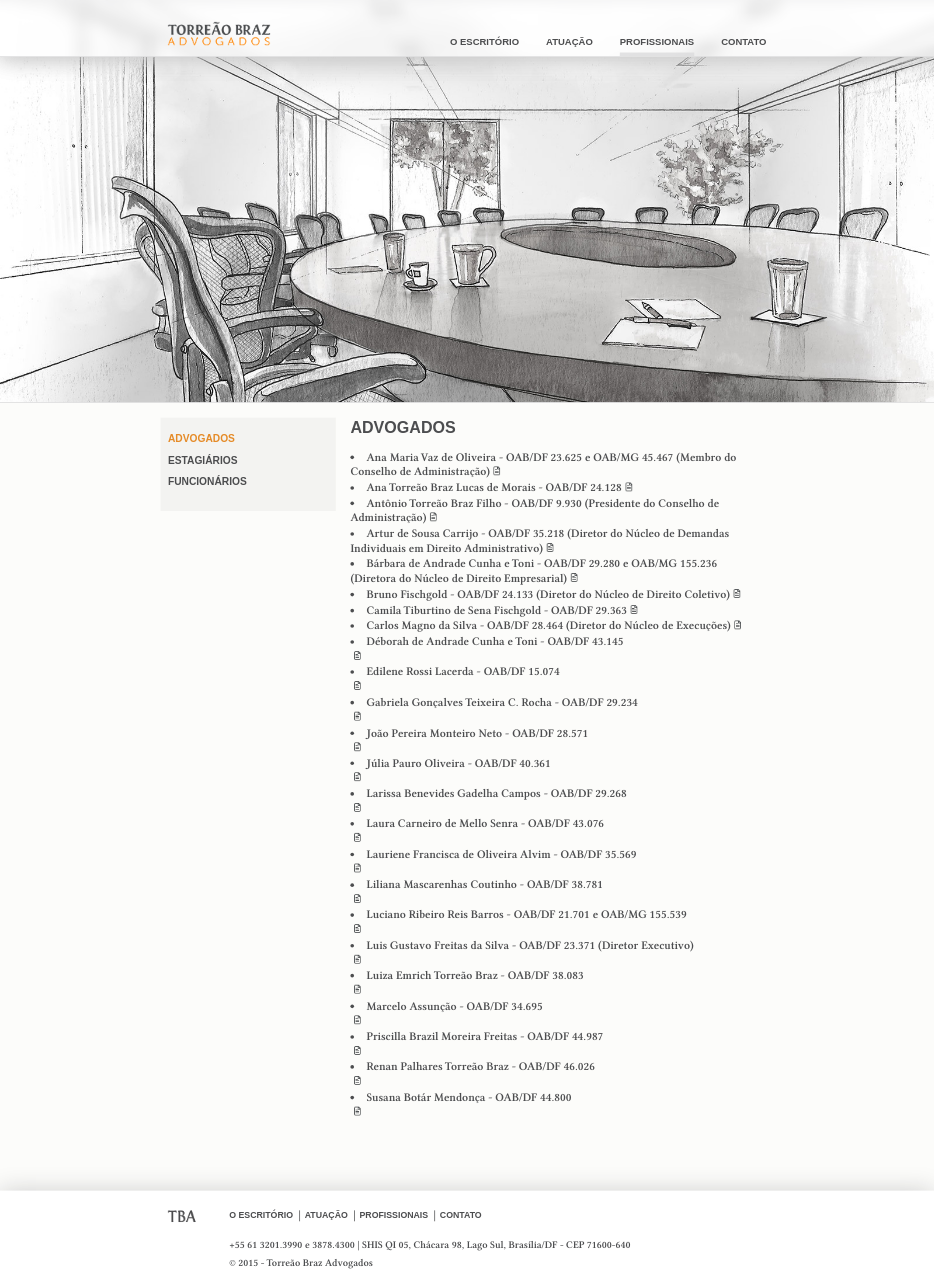
Repository: flira/torreao-braz
Page: dev/profissionais.html
The author's editor kept a record of every edit. The page is drawn from the files as they stood at one moment, then again after the next edit.
The browser window is 1280 px wide. The pictures show the whole page, at 73% of full size.
Some web libraries are served in a nearby version.

Above is the page before.

After the next edit:
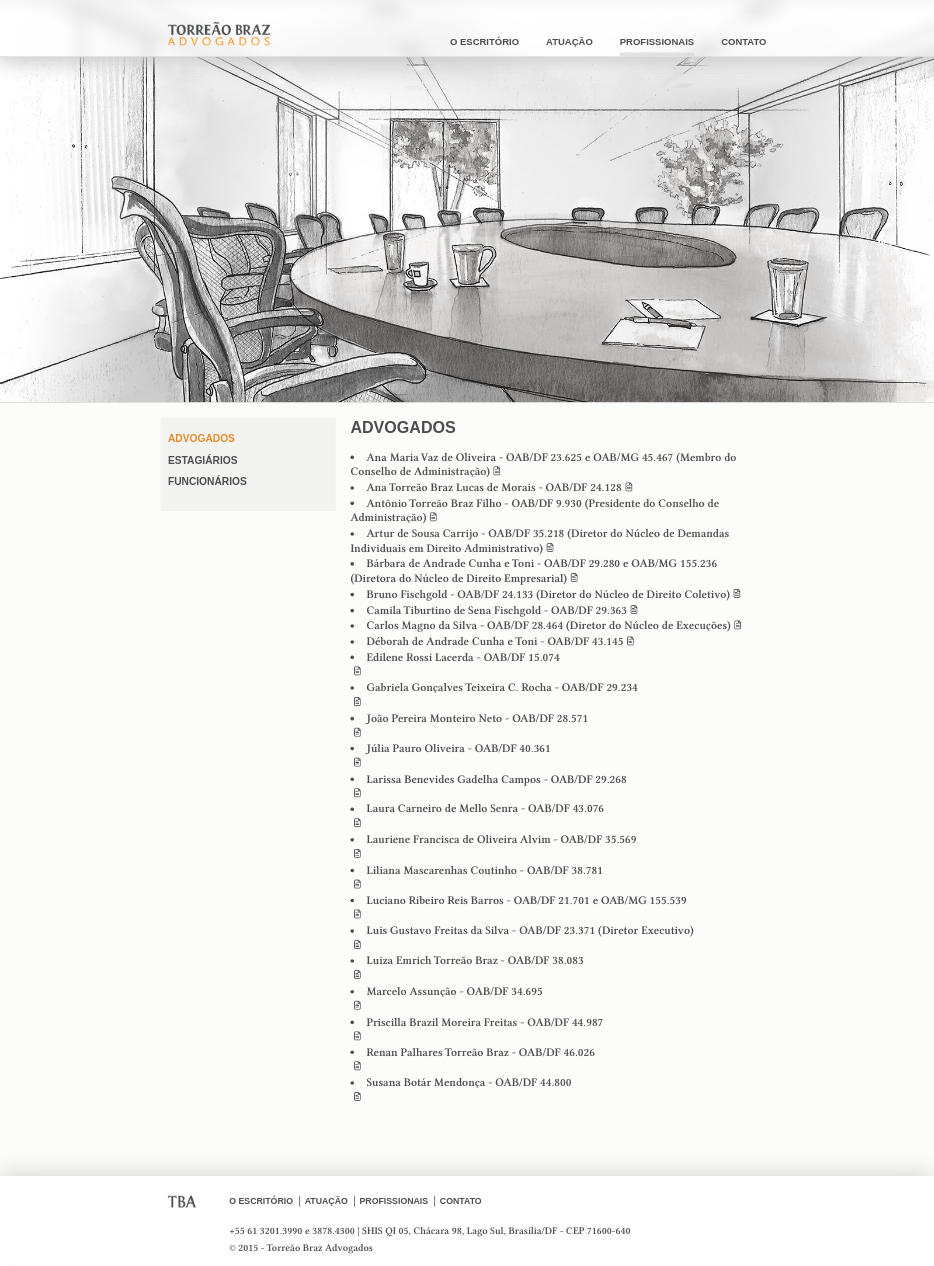
The edit:
--- a/dev/profissionais.html
+++ b/dev/profissionais.html
@@ -169,7 +169,7 @@
                 </div>
             </li>
             <li class="accordion">
-              <span class="cv" id="">Déborah de Andrade Cunha e Toni - OAB/DF 43.145</a>
+              <span class="cv" id="">Déborah de Andrade Cunha e Toni - OAB/DF 43.145</span>
                 <div>
                   <div class="content">
                     <a href="mailto:deborah@torreaobraz.com.br" class="email">deborah@torreaobraz.com.br</a>
